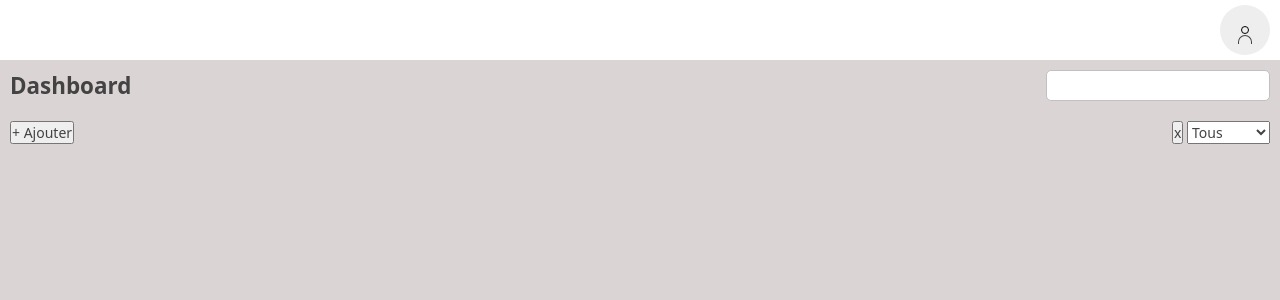
Repository: zpaulange/task_manager
Page: dashboard/index.html
An editor plug-in stored every save of this project. The page is shown before and after the next save, followed by the edit.
The browser window is 1280 px wide. The pictures show the whole page.

Above is the page before, as saved 2025-03-06 14:57:59.

After the next save:
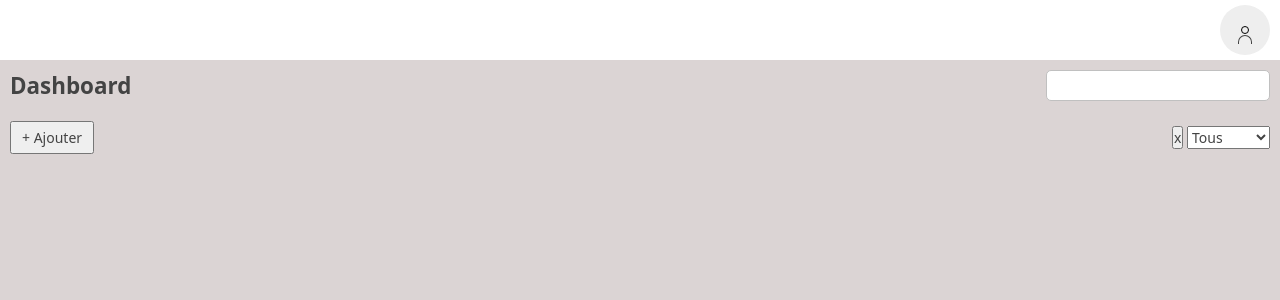
Saved 11 s later.
--- a/assets/styles/dashboard/style.css
+++ b/assets/styles/dashboard/style.css
@@ -114,5 +114,5 @@ input:focus{
   align-items:center;
 }
 .main_header_actions_btn{
-  padin
+  padding:5px 10px
 }
